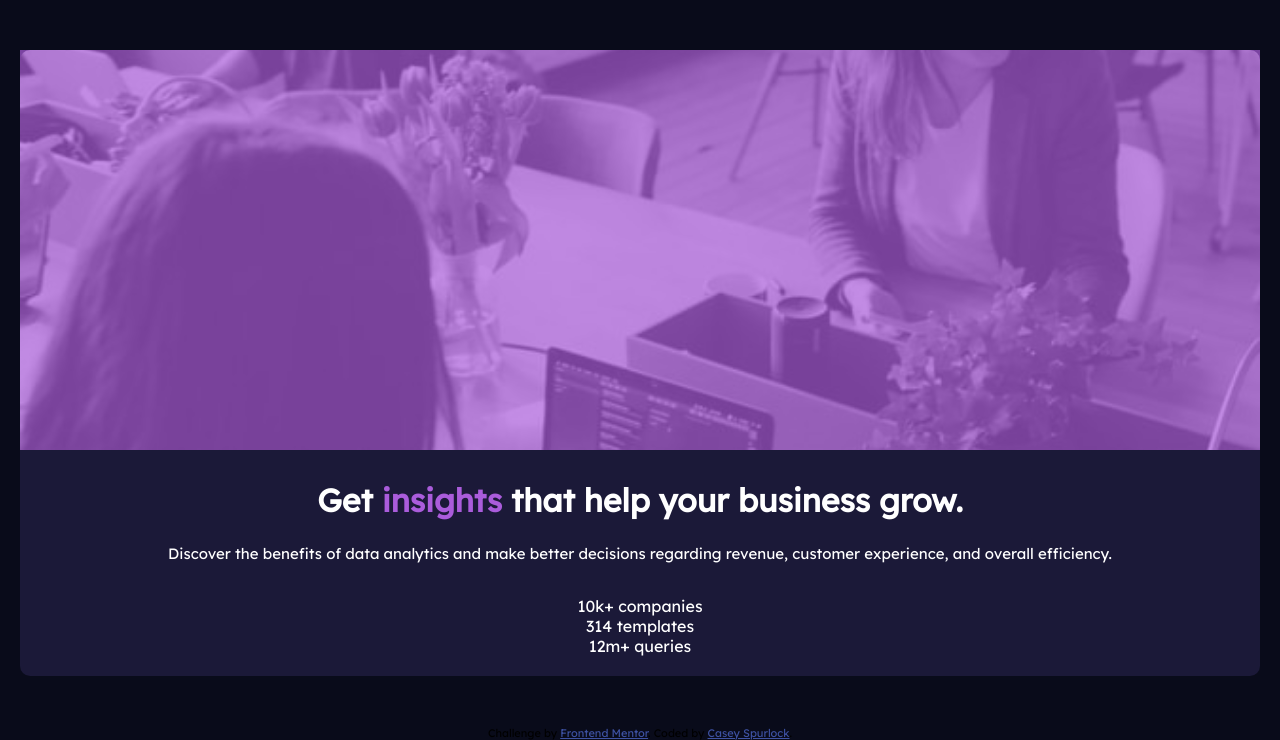
Repository: CaseySpurlock/stats-prewiew-component
Page: index.html
The author's editor kept a copy of each file at every save. The page is drawn from the files as they stood at one save, then again after the next save.
The browser window is 1280 px wide. The pictures show the whole page.

Above is the page before, as saved 2021-06-22 01:27:49.

### index.html
<!DOCTYPE html>
<html lang="en">
<head>
  <meta charset="UTF-8">
  <meta name="viewport" content="width=device-width, initial-scale=1.0"> <!-- displays site properly based on user's device -->

  <link rel="icon" type="image/png" sizes="32x32" href="./images/favicon-32x32.png">

  <title>Frontend Mentor | Stats preview card component</title>

  <link rel="stylesheet" href="styles.css">
  <link rel="preconnect" href="https://fonts.googleapis.com">
  <link rel="preconnect" href="https://fonts.gstatic.com" crossorigin>
  <link href="https://fonts.googleapis.com/css2?family=Inter:wght@400;700&family=Lexend+Deca&display=swap" rel="stylesheet">

</head>

<body>

  <div class="container">
    <div class="card picture">
      <div class="overlay"></div>
    </div>
      <div class="card">
        <h1>Get <span>insights</span> that help your business grow.</h1>
      <p>Discover the benefits of data analytics and make better decisions regarding revenue, customer
        experience, and overall efficiency.</p>
        <ul>
          <li><span>10k+</span> companies</li>
          <li><span>314</span> templates</li>
          <li><span>12m+ </span> queries</li>
      </div>
      </div>








  <div class="attribution">
    Challenge by <a href="https://www.frontendmentor.io?ref=challenge" target="_blank">Frontend Mentor</a>.
    Coded by <a href="#">Casey Spurlock</a>.
  </div>
</body>
</html>

### styles.css
:root {
    --Very-dark-blue: hsl(233, 47%, 7%);
    --Dark-desaturated-blue: hsl(244, 38%, 16%);
    --Soft-violet: hsl(277, 64%, 61%);
    --White: hsl(0, 0%, 100%);
    --Slightly-transparent -white: hsla(0, 0%, 100%, 0.75);
    --Slightly-transparent-white: hsla(0, 0%, 100%, 0.6);
}

* {
    margin: 0;
    padding: 0;
    box-sizing: border-box;
}

img {
    max-width: 100%;
}

ul {
    list-style-type: none;
}

body {
    font-family: "lexend deca", sans-serif;
    background-color: var(--Very-dark-blue);
}

p {
    font-size: 15px;
    line-height: 1.6;
}

.container {
    background-color: var(--Dark-desaturated-blue);
    color: var(--White);
    margin: 50px 20px;
    padding: 0 0 20px;
    border-radius: 10px;
    text-align: center;
}

.container .picture  {
    background: url(./images/image-header-mobile.jpg)
    no-repeat center/cover;
    height: 400px;
    border-radius: 10px 10px 0 0;
}

.container .picture .overlay {
    background-color: hsl(277, 64%, 61%, .7);
    height: 400px;
}

.container .picture {
    border-radius: 10px 10px 0 0;
}

.container .card p {
    padding: 0 20px;
    margin-bottom: 30px;
}

.container .card h1 {
    margin: 30px 0 20px;
    padding: 0 20px;
    line-height: 1.3;
}

.container .card h1 span {
    color: var(--Soft-violet);
}

.attribution {
    font-size: 11px;
    text-align: center;
}
.attribution a {
    color: hsl(228, 45%, 44%);
}

After the next save:
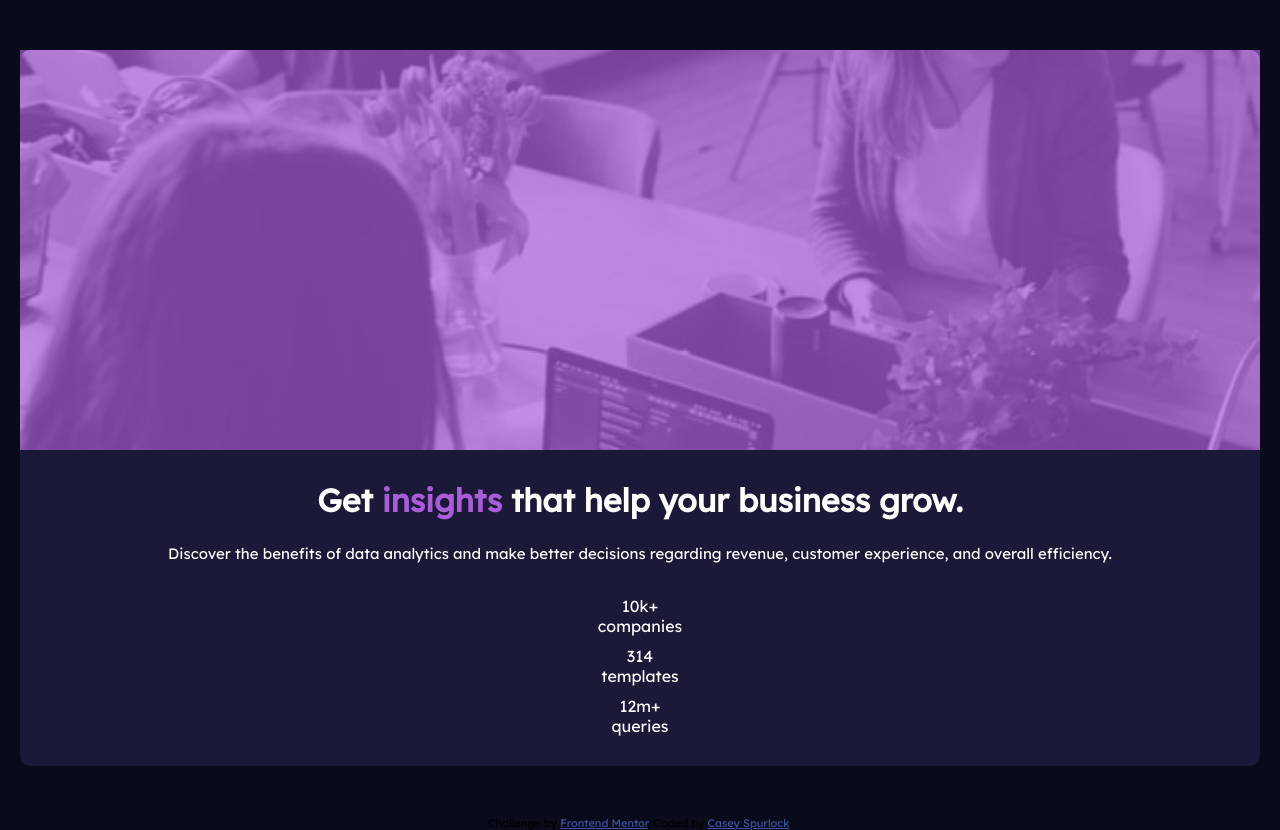
Saved 2 min 0 s later.
--- a/styles.css
+++ b/styles.css
@@ -71,6 +71,14 @@
     color: var(--Soft-violet);
 }
 
+.container .card ul li {
+    margin-bottom: 10px;
+}
+
+.container .card ul li span {
+    display: block;
+}
+
 .attribution {
     font-size: 11px;
     text-align: center;
